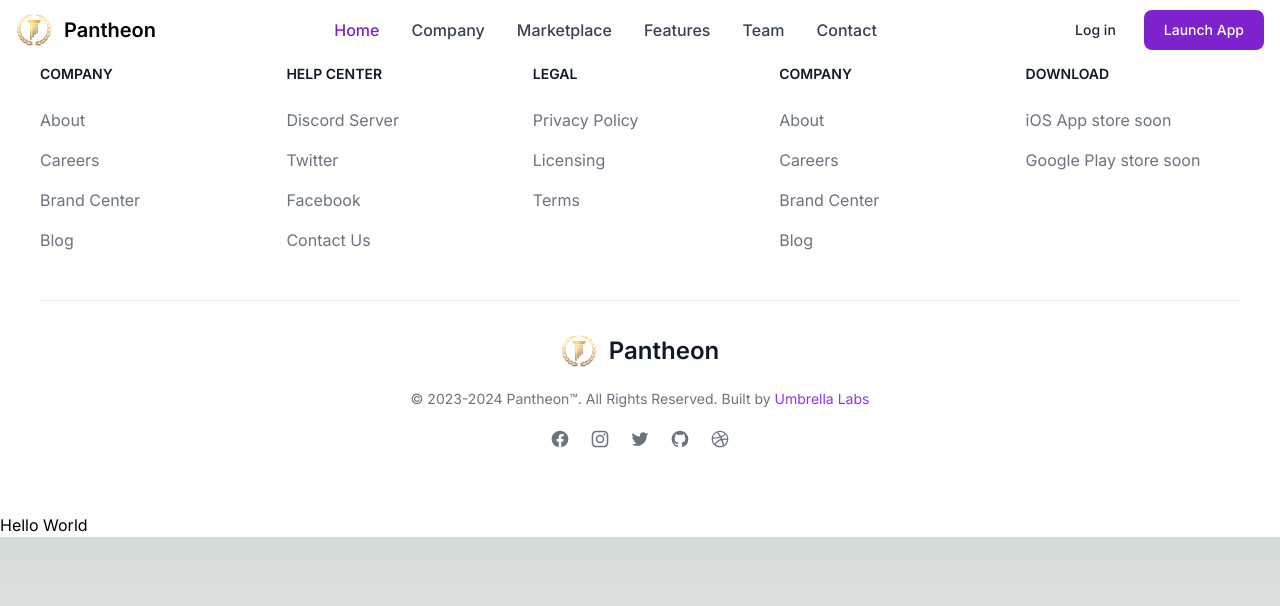
Repository: MikeeBuilds/pantheonv2
Page: /
The author's editor kept a copy of each file at every save. The page is drawn from the files as they stood at one save, then again after the next save.
The browser window is 1280 px wide. The pictures show the whole page.
The project was rebuilt for these pictures with package versions that can differ from the ones it lists, and the page was loaded fresh each time. The framework's server and built-in components were replaced by stand-ins that run in the browser. Also part of the build but not shown: next.config.js.

Above is the page before, as saved 2023-07-17 13:53:19.

After the next save:
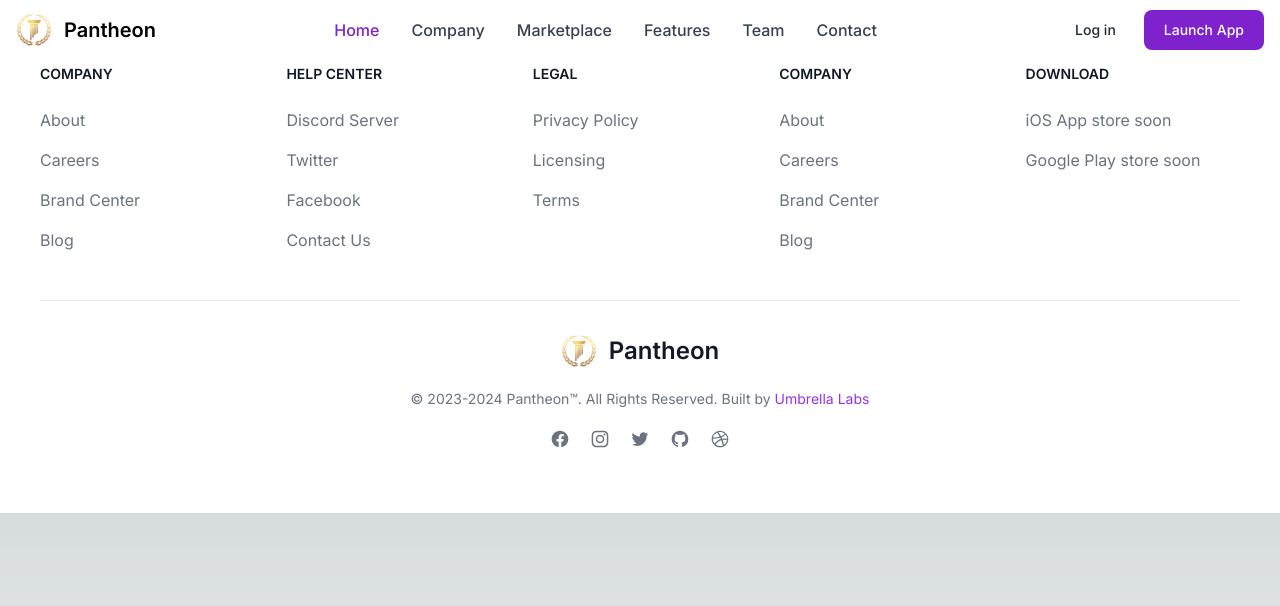
Saved 17 s later.
--- a/app/page.tsx
+++ b/app/page.tsx
@@ -4,7 +4,6 @@
 export default function Home() {
   return (
     <main className=''>
-      <h1>Hello World</h1>
     </main>
   )
 }
